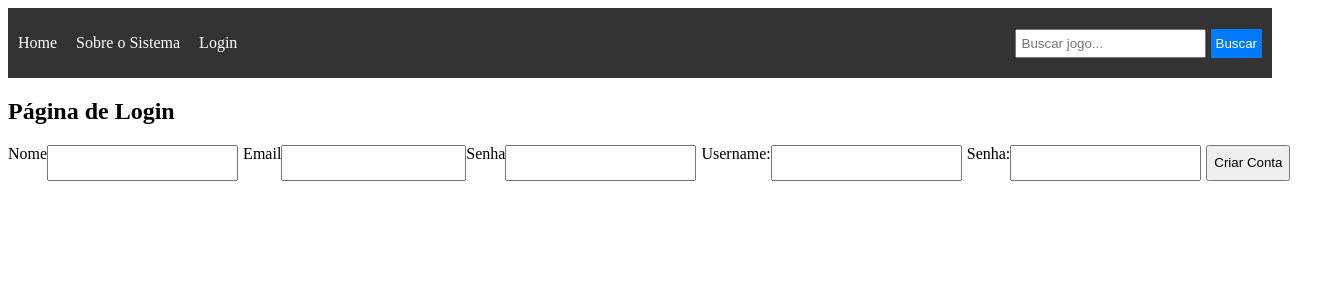
Repository: lucasparila/JogosEletronicos
Page: http://localhost/JogosEletronicos/view/criar-conta.jsp
An editor plug-in stored every save of this project. The page is shown before and after the next save, followed by the edit.
The browser window is 1280 px wide. The page is 1290 px wide, then 1328 px, so the pictures cover 1328 px, including what lies to the right of the window. The pictures show the whole page.
The page is served by Tomcat 9. Nobody is signed in. The application's start-up code is not run.

Above is the page before, as saved 2025-05-16 23:54:58.

After the next save:
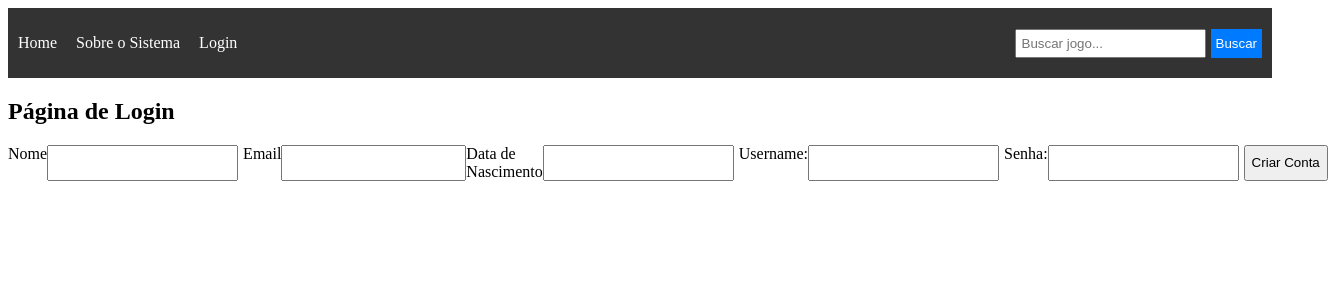
Saved 6 s later.
--- a/JogosEletronicos/src/main/webapp/view/criar-conta.jsp
+++ b/JogosEletronicos/src/main/webapp/view/criar-conta.jsp
@@ -17,8 +17,8 @@
     	 <label>Email</label>
     	 <input type="email" name="email" required><br><br>
 
-    	 <label>Senha</label>
-    	 <input type="text" name="senha" required><br><br>
+    	 <label>Data de Nascimento</label>
+    	 <input type="text" name="dataNascimento" required><br><br>
 
 
         <label>Username:</label>
